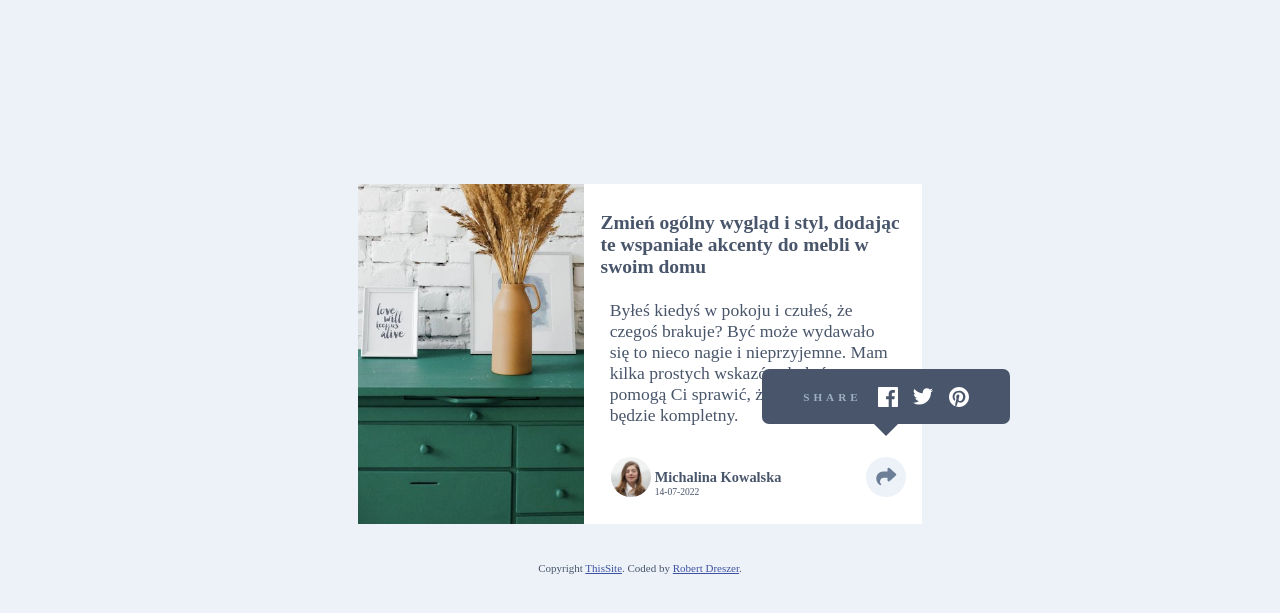
Repository: RobertDsr/komponent-podgl-du-produktu
Page: index.html
These files come from the project's save history. The page is drawn as it stood at one moment and after the next save; the edit follows.
The browser window is 1280 px wide. The pictures show the whole page.
Some web libraries are served in a nearby version. The style sheet was rebuilt from its Sass, Less or Tailwind sources for each picture, by a compiler version that may differ from the author's.

Above is the page before, as saved 2022-07-14 15:41:51.

### index.html
<!DOCTYPE html>
<html lang="pl">

<head>
  <meta charset="UTF-8">
  <meta name="viewport" content="width=device-width, initial-scale=1.0">
  <!-- displays site properly based on user's device -->

  <link rel="icon" type="image/png" sizes="32x32" href="./images/favicon-32x32.png">

  <script src="https://kit.fontawesome.com/f1983936fd.js" crossorigin="anonymous"></script>

  <title>Article preview component</title>

  <link rel="stylesheet" href="./design/css/main.min.css">
</head>

<body>

  <div class="wrapper">
    <div class="columns">
      <div class="columnLeft"></div>
      <div class="columnRight">
        <section class="articleDescription">
          <h1 class="Title">Zmień ogólny wygląd i styl, dodając te wspaniałe akcenty do mebli w swoim domu</h1>
          <p>Byłeś kiedyś w pokoju i czułeś, że czegoś brakuje? Być może wydawało się to nieco nagie i nieprzyjemne. Mam
            kilka prostych wskazówek, które pomogą Ci sprawić, że każdy pokój będzie kompletny.</p>
          <div class="author">
            <img src="./images/avatar-michelle.jpg" alt="Michelle" class="imgAuthor">
            <div class="divAuthorName">
              <h2 class="authorName">Michalina Kowalska</h2>
              <time datetime="2022-07-14">14-07-2022</time>
            </div>
            <div class="socialMedia">
              <i class="fa-solid fa-share"></i>
              <div class="popup">
                <div class="mediaWrapper">
                  <h3>share</h3>
                  <img class="img1" src="../images/icon-facebook.svg" alt="ikona facebooka">
                  <img class="img2" src="./images/icon-twitter.svg" alt="ikona twittera">
                  <img class="img3" src="./images/icon-pinterest.svg" alt="ikona pinteresta">
                </div>
              </div>
            </div>
          </div>
        </section>
      </div>
    </div>
    <footer>
      <div class="attribution">
        Copyright <a href="https://robertdreszer.pl/" target="_blank">ThisSite</a>.
        Coded by <a href="https://robertdreszer.pl/">Robert Dreszer</a>.
      </div>
    </footer>
  </div>

  <script src="./script.js"></script>
</body>

</html>

### script.js
const btn = document.querySelector('.socialMedia');
const popup = document.querySelector('.popup');

const showPopup = () => {
    popup.classList.toggle('hide');
}

btn.addEventListener('click', showPopup);

### design/scss/main.scss
* {
    box-sizing: border-box;
    margin: 0;
    padding: 0;
    --Very-Dark-Grayish-Blue: hsl(217, 19%, 35%);
    --Desaturated-Dark-Blue: hsl(214, 17%, 51%);
    --Grayish-Blue: hsl(212, 23%, 69%);
    --Light-Grayish-Blue: hsl(210, 46%, 95%);
}

body {
    font-size: 13px;
    color: var(--Very-Dark-Grayish-Blue);
}


.wrapper {
    align-items: center;
    background-color: var(--Light-Grayish-Blue);
    display: flex;
    flex-direction: column;
    justify-content: center;
    min-height: 100vh;
    min-width: 100vw;
    max-width: 1440px;
    overflow: hidden;
}

.columns {
    display: flex;
    padding: 3%;
    // justify-content: space-around;
    width: 50%;
}

.columnLeft {
    background: url(../../images/drawers.jpg) center/cover;
    width: 40%;
}

.columnRight {
    background-color: #fff;
    padding: 5% 3% 3%;
    width: 60%;
}

.title {
    font-size: 1.45rem;
}

.articleDescription p {
    font-size: 1.1rem;
    padding: 7% 3%;
}

.author {
    display: grid;
    grid-template-columns: 14% 76% 10%;
    padding: 10px;
    align-items: flex-end;
}

.imgAuthor {
    width: 40px;
    height: 40px;
    border-radius: 50%;
}

.divAuthorName {
    font-size: 0.6rem;
    padding-left: 2%;
}

.socialMedia {
    display: flex;
    background-color: var(--Light-Grayish-Blue);
    border-radius: 50%;
    width: 40px;
    height: 40px;
    justify-content: center;
    align-items: center;
    transition: background-color .3s;
}

.socialMedia:hover {
    background-color: var(--Very-Dark-Grayish-Blue);
}

.fa-share {
    color: var(--Desaturated-Dark-Blue);
    font-size: 20px;
    margin: 0 auto;
    transition: color .3s;
}

.fa-share:hover {
    color: var(--Light-Grayish-Blue);
}

.popup {
    cursor: pointer;
    text-align: left;
    position: absolute;
    z-index: 0;
}

.popup .mediaWrapper {
    display: flex;
    flex-direction: row;
    justify-content: space-evenly;
    align-items: center;
    width: 248px;
    height: 55px;
    position: relative;
    background-color: var(--Very-Dark-Grayish-Blue);
    border-radius: 7px;
    padding: 0 25px 0 25px;
    top: -80px;
}

.popup .mediaWrapper::after {
    position: absolute;
    content: "";
    width: 0;
    height: 0;
    top: 55px;
    border-left: 12px solid transparent;
    border-right: 12px solid transparent;
    border-top: 12px solid var(--Very-Dark-Grayish-Blue);
}

.popup .mediaWrapper h3 {
    color: var(--Grayish-Blue);
    text-transform: uppercase;
    letter-spacing: 4px;
    font-size: .7rem;
    transition: .3s;
}

.popup .mediaWrapper h3:hover {
    color: var(--Light-Grayish-Blue);
    transform: scale(1.1);
}

.popup .mediaWrapper .img1 {
    width: 20px;
    height: 20ppx;
    transition: .3s;
}

.popup .mediaWrapper .img1:hover {
    transform: scale(1.2);
}

.popup .mediaWrapper .img2 {
    width: 20px;
    height: 20ppx;
    transition: .3s;
}

.popup .mediaWrapper .img2:hover {
    transform: scale(1.2);
}

.popup .mediaWrapper .img3 {
    width: 20px;
    height: 20ppx;
    transition: .3s;
}

.popup .mediaWrapper .img3:hover {
    transform: scale(1.2);
}

.hide {
    display: none;
}

.attribution { font-size: 11px; text-align: center; }
.attribution a { color: hsl(228, 45%, 44%); }

After the next save:
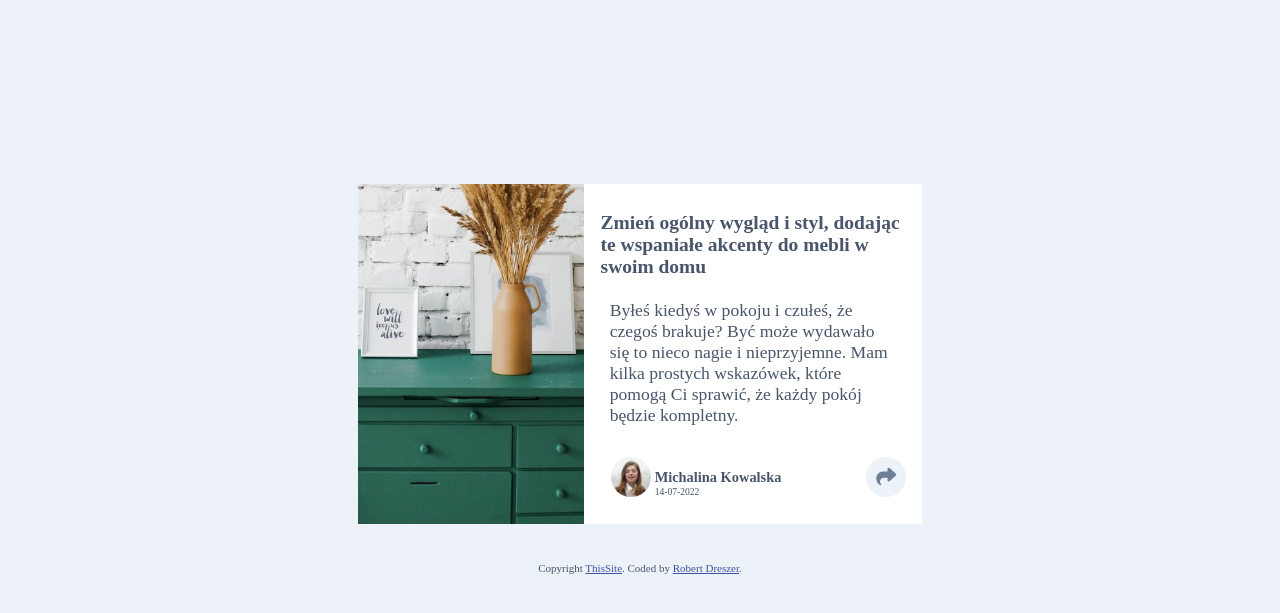
Saved 43 s later.
--- a/index.html
+++ b/index.html
@@ -33,7 +33,7 @@
             </div>
             <div class="socialMedia">
               <i class="fa-solid fa-share"></i>
-              <div class="popup">
+              <div class="popup hide">
                 <div class="mediaWrapper">
                   <h3>share</h3>
                   <img class="img1" src="../images/icon-facebook.svg" alt="ikona facebooka">
